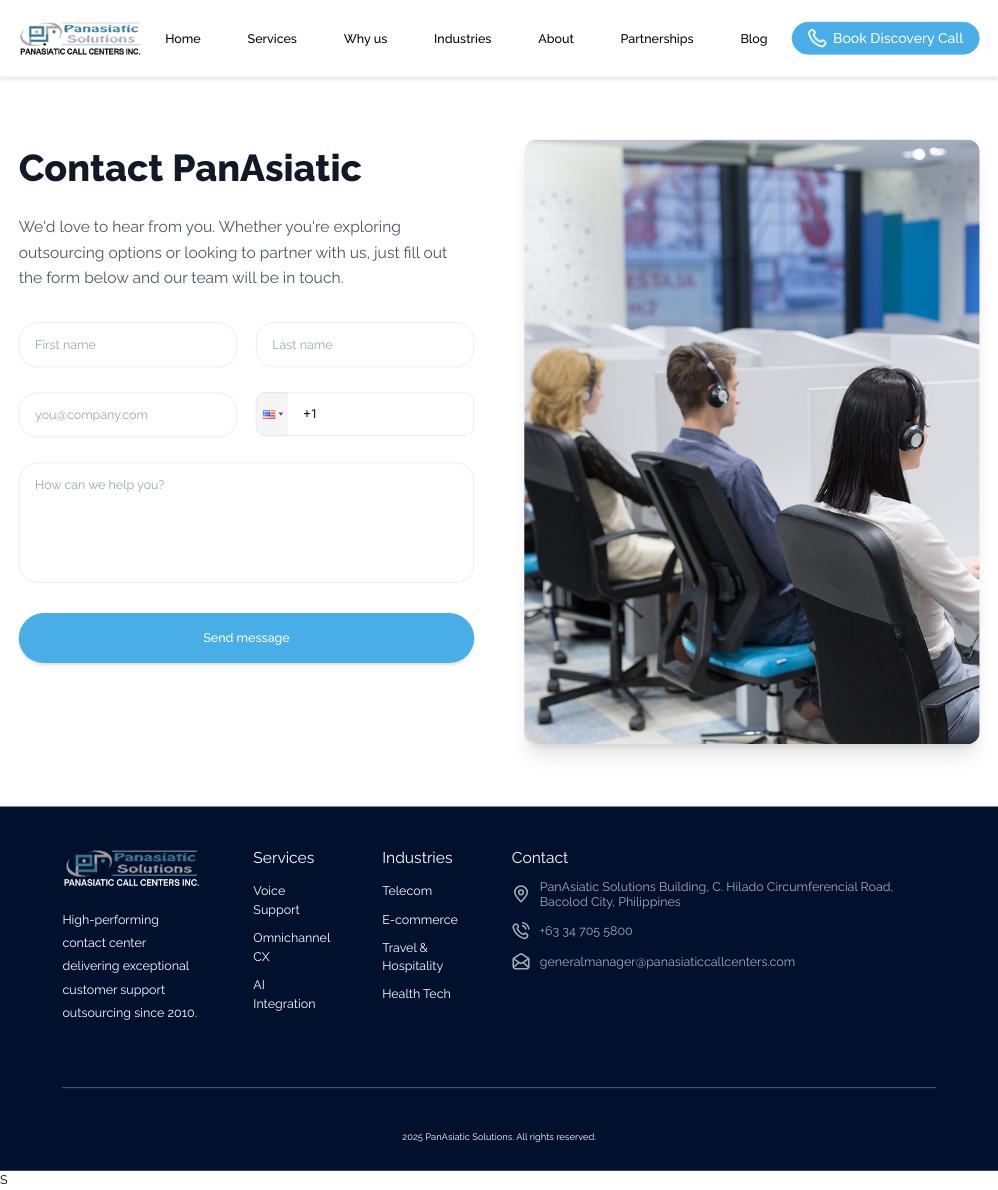
Repository: joshcolored/panasiaticweb
Page: /contact
The author's editor kept a copy of each file at every save. The page is drawn from the files as they stood at one save, then again after the next save.
The browser window is 1280 px wide. The pictures show the whole page, at 78% of full size.
The project was rebuilt for these pictures with package versions that can differ from the ones it lists, and the page was loaded fresh each time. Also part of the build but not shown: vite.config.js, src/pages/Homepage/HeroSection.jsx, src/pages/Homepage/FastFactsSection.jsx, src/pages/Homepage/CoreServicesSection.jsx, src/pages/Homepage/WhyChooseUsSection.jsx, src/pages/Homepage/FAQSection.jsx, src/pages/Homepage/CTASection.jsx, src/pages/Homepage/index.jsx and 35 more.

Above is the page before, as saved 2026-01-25 02:41:22.

### index.html
<!doctype html>
<html lang="en">

<head>
  <meta charset="UTF-8" />
  <link rel="icon" type="image/x-icon" href="/favicon.ico" />
  <link rel="manifest" href="/manifest.json" />
  <link rel="canonical" href="https://www.panasiaticsolutions.com/" />
  <meta name="viewport" content="width=device-width, initial-scale=1.0" />
  <meta name="theme-color" content="#49ade8" />
  <meta name="robots" content="index, follow" />
  <!-- <script type="module" async src="https://static.rocket.new/rocket-web.js?_cfg=https%3A%2F%2Fpanasiatic9675back.builtwithrocket.new&_be=https%3A%2F%2Fapplication.rocket.new&_v=0.1.10"></script>
  <script type="module" defer src="https://static.rocket.new/rocket-shot.js?v=0.0.1"></script> -->
  <script>(function(w,d,s,l,i){w[l]=w[l]||[];w[l].push({'gtm.start':
new Date().getTime(),event:'gtm.js'});var f=d.getElementsByTagName(s)[0],
j=d.createElement(s),dl=l!='dataLayer'?'&l='+l:'';j.async=true;j.src=
'https://www.googletagmanager.com/gtm.js?id='+i+dl;f.parentNode.insertBefore(j,f);
})(window,document,'script','dataLayer','GTM-T6T8J9KC');</script>

  </head>

<body>
  <div id="root"></div>
  <noscript><iframe src="https://www.googletagmanager.com/ns.html?id=GTM-T6T8J9KC"
height="0" width="0" style="display:none;visibility:hidden"></iframe></noscript>
  <script type="module" src="/src/main.jsx"></script>
</body>

</html>

### src/main.jsx
import React from 'react';
import ReactDOM from 'react-dom/client';
import App from './App.jsx';
import { HelmetProvider } from 'react-helmet-async';
import { BrowserRouter } from 'react-router-dom';
import './styles/index.css';

ReactDOM.createRoot(document.getElementById('root')).render(
  <React.StrictMode>
    <HelmetProvider>
      <BrowserRouter>
        <App />
      </BrowserRouter>
    </HelmetProvider>
  </React.StrictMode>
);

### src/App.jsx
import Routes from './Routes';

function App() {
  return (
        <Routes />
  );
}

export default App;

### src/styles/index.css
@import './tailwind.css';
@import url('https://fonts.googleapis.com/css2?family=Raleway:wght@400;500;600;800&display=swap');

body {
  font-family: 'Raleway', sans-serif;
  margin: 0;
  padding: 0;
  box-sizing: border-box;
}

*, *::before, *::after {
  box-sizing: inherit;
}

### src/Routes.jsx
import React from 'react';
import { Routes, Route } from 'react-router-dom';

import Homepage from './pages/Homepage';
import PortalAccess from './pages/PortalAccess';
import Services from './pages/Services';
import WhyUs from './pages/WhyUs';
import Industries from './pages/Industries';
import About from './pages/About';
import Partnerships from './pages/Partnerships';
import Blog from './pages/Blog';
import Contact from './pages/Contact';

const AppRoutes = () => {
  return (
    <Routes>
      <Route path="/" element={<PortalAccess />} />
      <Route path="/home" element={<Homepage />} />
      <Route path="/portal" element={<PortalAccess />} />
      <Route path="/services" element={<Services />} />
      <Route path="/why-us" element={<WhyUs />} />
      <Route path="/industries" element={<Industries />} />
      <Route path="/partnerships" element={<Partnerships />} />
      <Route path="/about" element={<About />} />
      <Route path="/blog" element={<Blog />} />
      <Route path="/contact" element={<Contact />} />
    </Routes>
  );
};

export default AppRoutes;

### src/styles/tailwind.css
@tailwind base;
@tailwind components;
@tailwind utilities;


@layer base {
  :root {
    /* Primary Colors */
    --primary-background: #49ade8;
    --primary-foreground: #ffffff;
    --primary-light: #49ade814;
    --primary-dark: #01112d;

    /* Secondary Colors */
    --secondary-background: #ffffff;
    --secondary-foreground: #000000;
    --secondary-light: #fafafa;
    --secondary-muted: #3c3c43d8;

    /* Accent Colors */
    --accent-coral: #e38c7d;
    --accent-coral-light: #edb4ab;
    --accent-overlay: #eeeeeebf;
    --accent-gray: #4f4f4f;

    /* Border Colors */
    --border-primary: #49ade8;
    --border-secondary: #dddddd;
    --border-light: #ebebeb;
    --border-muted: #d9d9d97f;

    /* Text Colors */
    --text-primary: #000000;
    --text-secondary: #3c3c43d8;
    --text-accent: #49ade8;
    --text-muted: #4f4f4f;
    --text-white: #ffffff;
    --text-white-muted: #ffffffa5;

    /* Background Colors */
    --bg-main: #fafafa;
    --bg-card: #ffffff;
    --bg-dark: #01112d;
    --bg-overlay: #e5e5e559;

    /* Typography Variables */
    --font-size-xs: 12px;
    --font-size-sm: 16px;
    --font-size-md: 18px;
    --font-size-lg: 20px;
    --font-size-xl: 24px;
    --font-size-2xl: 28px;
    --font-size-3xl: 32px;
    --font-size-4xl: 36px;
    --font-size-5xl: 48px;
    --font-size-hero: 120px;

    /* Font Weight Variables */
    --font-weight-normal: 400;
    --font-weight-medium: 500;
    --font-weight-semibold: 600;
    --font-weight-bold: 800;

    /* Line Height Variables */
    --line-height-xs: 14px;
    --line-height-sm: 19px;
    --line-height-md: 22px;
    --line-height-lg: 29px;
    --line-height-xl: 43px;
    --line-height-hero: 141px;

    /* Spacing Variables */
    --spacing-xs: 4px;
    --spacing-sm: 8px;
    --spacing-md: 12px;
    --spacing-lg: 16px;
    --spacing-xl: 24px;
    --spacing-2xl: 32px;
    --spacing-3xl: 48px;
    --spacing-4xl: 64px;
    --spacing-5xl: 80px;

    /* Border Radius Variables */
    --radius-sm: 8px;
    --radius-md: 12px;
    --radius-lg: 22px;
    --radius-xl: 24px;
    --radius-full: 200px;

    /* Component Specific Variables */
    --header-bg: #ffffff;
    --header-border: #ebebeb;
    --footer-bg: #01112d;
    --button-primary-bg: #49ade8;
    --button-coral-bg: #e38c7d;
    --logo-width: 156px;
  }
}

### src/pages/Contact/index.jsx
import React from 'react';
import { Helmet } from 'react-helmet';
import Header from '../../components/common/Header';
import Footer from '../../components/common/Footer';
import HeroSection from './HeroSection';

const Contact = () => {
  return (
    <>
      <Helmet>
        <title>PanAsiatic Solutions | Human-Driven AI-Ready Customer Support Outsourcing Philippines</title>
        <meta name="description" content="PanAsiatic Solutions delivers exceptional customer support outsourcing from the Philippines with 4500+ agents. Human-driven, AI-ready services including voice support, omnichannel CX, and enterprise-grade security since 2010." />
        <meta property="og:title" content="PanAsiatic Solutions | Human-Driven AI-Ready Customer Support Outsourcing Philippines" />
        <meta property="og:description" content="PanAsiatic Solutions delivers exceptional customer support outsourcing from the Philippines with 4500+ agents. Human-driven, AI-ready services including voice support, omnichannel CX, and enterprise-grade security since 2010." />
      </Helmet>

      <main className="w-full bg-secondary-background">
        <Header />
        <HeroSection />
        <Footer />
      </main>S
    </>
  );
};

export default Contact;

### src/components/common/Footer.jsx
import React from "react";
import { twMerge } from "tailwind-merge";
import Logo from "../ui/Logo";
import Link from "../ui/Link";

const Footer = ({ className, ...props }) => {
  return (
    <footer
      className={twMerge("w-full bg-footer-background py-9", className)}
      {...props}
    >
      <div className="w-full max-w-[1440px] mx-auto px-4 sm:px-6 lg:px-20 mt-[18px]">
        <div className="flex flex-col w-full gap-8 ">
          {/* Top Section */}
          <div className="flex flex-col lg:flex-row items-start w-full gap-8 lg:gap-16">

            {/* Logo and Description */}
            <div className="flex flex-col gap- lg:gap-[26px] w-full lg:w-1/5">
              <Link to="/">
                <Logo
                  src="/images/image_logo2.png"
                  width="120"
                  height="50"
                  className="w-36 sm:w-40 lg:w-44 h-auto" // slightly larger on mobile/tablet
                />
              </Link>
              <p
                className="text-base font-normal leading-[30px] text-text-white w-full"
                style={{ fontFamily: "Raleway" }}
              >
                High-performing contact center delivering exceptional customer
                support outsourcing since 2010.
              </p>
            </div>

            {/* Services and Industries */}
            <div className="flex flex-col sm:flex-row justify-between items-start w-full lg:w-auto gap-8 sm:gap-12 lg:gap-[67px] mt-4 sm:mt-0">
              {/* Services */}
              <div className="flex flex-col gap-3 sm:gap-5 w-full sm:w-auto">
                <h3
                  className="text-lg font-normal leading-[23px] text-text-white"
                  style={{ fontFamily: "Raleway" }}
                >
                  Services
                </h3>
                <ul className="flex flex-col gap-2 sm:gap-3">
                  <li>
                    <Link
                      href="#"
                      className="text-base font-normal leading-sm text-text-white hover:text-primary-background"
                      style={{ fontFamily: "Raleway" }}
                    >
                      Voice Support
                    </Link>
                  </li>
                  <li>
                    <Link
                      href="#"
                      className="text-base font-normal leading-sm text-text-white hover:text-primary-background"
                      style={{ fontFamily: "Raleway" }}
                    >
                      Omnichannel CX
                    </Link>
                  </li>
                  <li>
                    <Link
                      href="#"
                      className="text-base font-normal leading-sm text-text-white hover:text-primary-background"
                      style={{ fontFamily: "Raleway" }}
                    >
                      AI Integration
                    </Link>
                  </li>
                </ul>
              </div>

              {/* Industries */}
              <div className="flex flex-col gap-3 sm:gap-5 w-full sm:w-auto mt-4 sm:mt-0">
                <h3
                  className="text-lg font-normal leading-[23px] text-text-white"
                  style={{ fontFamily: "Raleway" }}
                >
                  Industries
                </h3>
                <ul className="flex flex-col gap-2 sm:gap-3">
                  <li>
                    <Link
                      href="#"
                      className="text-base font-normal leading-sm text-text-white hover:text-primary-background"
                      style={{ fontFamily: "Raleway" }}
                    >
                      Telecom
                    </Link>
                  </li>
                  <li>
                    <Link
                      href="#"
                      className="text-base font-normal leading-sm text-text-white hover:text-primary-background"
                      style={{ fontFamily: "Raleway" }}
                    >
                      E-commerce
                    </Link>
                  </li>
                  <li>
                    <Link
                      href="#"
                      className="text-base font-normal leading-sm text-text-white hover:text-primary-background"
                      style={{ fontFamily: "Raleway" }}
                    >
                      Travel & Hospitality
                    </Link>
                  </li>
                  <li>
                    <Link
                      href="#"
                      className="text-base font-normal leading-sm text-text-white hover:text-primary-background"
                      style={{ fontFamily: "Raleway" }}
                    >
                      Health Tech
                    </Link>
                  </li>
                </ul>
              </div>
            </div>

            {/* Contact Section */}
            <div className="flex flex-col gap-4 w-full lg:w-auto mt-4 lg:mt-0">
              <h3
                className="text-lg font-normal leading-[23px] text-text-white"
                style={{ fontFamily: "Raleway" }}
              >
                Contact
              </h3>

              <div className="flex flex-col sm:flex-row gap-2 sm:gap-3 items-start sm:items-center">
                <img
                  src="/images/img_marker_pin_01.svg"
                  alt="Location"
                  className="w-6 h-6 flex-shrink-0"
                />
                <a  href="https://www.google.com/maps/place/MX68%2BJJR+Panasiatic+Call+Centers,+74+Circumferential+Rd,+Bacolod,+6100+Negros+Occidental/@10.6614793,122.964176,753m/data=!3m2!1e3!4b1!4m6!3m5!1s0x33aed1957cc8f987:0xa788a04ac8c8ece4!8m2!3d10.6614793!4d122.9667509!16s%2Fg%2F1vbnly72?entry=ttu&g_ep=EgoyMDI2MDExOS4wIKXMDSoASAFQAw%3D%3D"
                  className="text-base font-normal leading-sm text-text-white-muted"
                  target="_blank"
                  rel="noopener noreferrer"
                  style={{ fontFamily: "Raleway" }}
                >
                  PanAsiatic Solutions Building, C. Hilado Circumferencial Road,
                  Bacolod City, Philippines
                </a>
              </div>

              <div className="flex flex-col sm:flex-row gap-2 sm:gap-3 items-start sm:items-center">
                <img
                  src="/images/img_phone_call_01.svg"
                  alt="Phone"
                  className="w-6 h-6 flex-shrink-0"
                />
                <a href="tel:+63347055800"
                  className="text-base font-normal leading-sm text-text-white-muted"
                  style={{ fontFamily: "Raleway" }}
                >
                  +63 34 705 5800
                </a>
              </div>

              <div className="flex flex-col sm:flex-row gap-2 sm:gap-3 items-start sm:items-center">
                <img
                  src="/images/img_mail_05.svg"
                  alt="Email"
                  className="w-6 h-6 flex-shrink-0"
                />
                <a href="mailto:generalmanager@panasiaticcallcenters.com?subject=Inquiry&body="
                  className="text-base font-normal leading-sm text-text-white-muted"
                  style={{ fontFamily: "Raleway" }}
                >
                  generalmanager@panasiaticcallcenters.com
                </a>
              </div>
            </div>
          </div>

          {/* Divider */}
          <div className="w-full h-[1px] bg-border-muted mt-8 sm:mt-12"></div>

          {/* Copyright */}
          <p
            className="text-xs font-normal leading-xs text-center text-text-white mt-4 sm:mt-6"
            style={{ fontFamily: "Raleway" }}
          >
            2025 PanAsiatic Solutions. All rights reserved.
          </p>
        </div>
      </div>
    </footer>
  );
};

export default Footer;

### src/components/ui/Button.jsx
import React from 'react';
import { cva } from 'class-variance-authority';
import { twMerge } from 'tailwind-merge';

const buttonClasses = cva(
  'inline-flex items-center justify-center font-medium transition-all duration-200 focus:outline-none focus:ring-2 focus:ring-offset-2 disabled:opacity-50 disabled:cursor-not-allowed hover:opacity-90 active:scale-95',
  {
    variants: {
      variant: {
        primary: 'focus:ring-blue-500',
        secondary: 'bg-gray-200 text-gray-800 hover:bg-gray-300 focus:ring-gray-500',
        outline: 'border-2 bg-transparent hover:bg-opacity-10 focus:ring-blue-500',
      },
      size: {
        small: 'text-sm px-3 py-1.5',
        medium: 'text-base px-4 py-2',
        large: 'text-lg px-6 py-3',
      },
    },
    defaultVariants: {
      variant: 'primary',
      size: 'medium',
    },
  }
);

const Button = ({
  // Required parameters with defaults
  text = "Book Discovery Call",
  text_font_size = "16",
  text_font_family = "Raleway",
  text_font_weight = "500",
  text_line_height = "19px",
  text_text_align = "left",
  text_color = "#ffffff",
  fill_background_color = "#49ade8",
  border_border = "1 solid #49ade8",
  border_border_radius = "22px",
  effect_box_shadow = "0px 1px 2px #0a0c120c",

  // Optional parameters (no defaults)
  layout_align_self,
  layout_width,
  padding,
  position,
  layout_gap,
  margin,

  // Standard React props
  variant,
  size,
  disabled = false,
  className,
  children,
  onClick,
  type = "button",
  ...props
}) => {
  // Safe validation for optional parameters
  const hasValidAlignSelf = layout_align_self && typeof layout_align_self === 'string' && layout_align_self?.trim() !== '';
  const hasValidWidth = layout_width && typeof layout_width === 'string' && layout_width?.trim() !== '';
  const hasValidPadding = padding && typeof padding === 'string' && padding?.trim() !== '';
  const hasValidPosition = position && typeof position === 'string' && position?.trim() !== '';
  const hasValidGap = layout_gap && typeof layout_gap === 'string' && layout_gap?.trim() !== '';
  const hasValidMargin = margin && typeof margin === 'string' && margin?.trim() !== '';

  // Build optional Tailwind classes
  const optionalClasses = [
    hasValidAlignSelf ? `self-${layout_align_self}` : '',
    hasValidWidth ? `w-[${layout_width}]` : '',
    hasValidPadding ? `p-[${padding}]` : '',
    hasValidPosition ? position : '',
    hasValidGap ? `gap-[${layout_gap}]` : '',
    hasValidMargin ? `m-[${margin}]` : '',
  ]?.filter(Boolean)?.join(' ');

  // Map font size to Tailwind class or use exact value
  const getFontSizeClass = (size) => {
    const sizeMap = {
      "12": "text-xs",
      "16": "text-base",
      "18": "text-md",
      "20": "text-lg",
      "24": "text-xl",
      "28": "text-2xl",
      "32": "text-3xl",
      "36": "text-4xl",
      "48": "text-5xl",
      "120": "text-hero"
    };
    return sizeMap?.[size] || `text-[${size}px]`;
  };

  // Map font weight to Tailwind class or use exact value
  const getFontWeightClass = (weight) => {
    const weightMap = {
      "400": "font-normal",
      "500": "font-medium",
      "600": "font-semibold",
      "800": "font-bold"
    };
    return weightMap?.[weight] || `font-[${weight}]`;
  };

  // Map line height to Tailwind class or use exact value
  const getLineHeightClass = (height) => {
    const heightMap = {
      "14px": "leading-xs",
      "19px": "leading-sm",
      "22px": "leading-md",
      "29px": "leading-lg",
      "43px": "leading-xl",
      "141px": "leading-hero"
    };
    return heightMap?.[height] || `leading-[${height}]`;
  };

  // Map colors to Tailwind classes or use exact values
  const getTextColorClass = (color) => {
    const colorMap = {
      "#49ade8": "text-primary-background",
      "#ffffff": "text-primary-foreground",
      "#000000": "text-text-primary",
      "#01112d": "text-primary-dark"
    };
    return colorMap?.[color] || `text-[${color}]`;
  };

  const getBackgroundColorClass = (color) => {
    const colorMap = {
      "#49ade8": "bg-primary-background",
      "#ffffff": "bg-primary-foreground",
      "#000000": "bg-secondary-foreground",
      "#01112d": "bg-primary-dark"
    };
    return colorMap?.[color] || `bg-[${color}]`;
  };

  const getBorderRadiusClass = (radius) => {
    const radiusMap = {
      "8px": "rounded-sm",
      "12px": "rounded-md",
      "22px": "rounded-lg",
      "24px": "rounded-xl",
      "200px": "rounded-full"
    };
    return radiusMap?.[radius] || `rounded-[${radius}]`;
  };

  // Parse border string (e.g., "1 solid #49ade8")
  const parseBorder = (borderString) => {
    if (!borderString) return '';
    const parts = borderString?.split(' ');
    if (parts?.length >= 3) {
      const width = parts?.[0];
      const style = parts?.[1];
      const color = parts?.[2];

      const colorMap = {
        "#49ade8": "border-primary-background",
        "#ffffff": "border-primary-foreground",
        "#000000": "border-secondary-foreground",
        "#ebebeb": "border-border-light"
      };

      const borderColor = colorMap?.[color] || `border-[${color}]`;
      return `border-[${width}px] border-${style} ${borderColor}`;
    }
    return `border-[1px] border-solid border-[${borderString}]`;
  };

  // Build component classes
  const componentClasses = [
    getFontSizeClass(text_font_size),
    getFontWeightClass(text_font_weight),
    getLineHeightClass(text_line_height),
    `text-${text_text_align}`,
    getTextColorClass(text_color),
    getBackgroundColorClass(fill_background_color),
    parseBorder(border_border),
    getBorderRadiusClass(border_border_radius),
    effect_box_shadow ? `shadow-[${effect_box_shadow}]` : '',
  ]?.filter(Boolean)?.join(' ');

  // Safe click handler
  const handleClick = (event) => {
    if (disabled) return;
    if (typeof onClick === 'function') {
      onClick(event);
    }
  };

  return (
    <button
      type={type}
      disabled={disabled}
      onClick={handleClick}
      className={twMerge(
        buttonClasses({ variant, size }),
        componentClasses,
        optionalClasses,
        className
      )}
      style={{ fontFamily: text_font_family }}
      aria-disabled={disabled}
      {...props}
    >
      {children || text}
    </button>
  );
};

export default Button;

### src/components/ui/Logo.jsx
import React from 'react';
import { twMerge } from 'tailwind-merge';

const Logo = ({
  src = "/images/img_header_logo.png",
  width = "90%",
  height = "50px",
  alt = "PanAsiatic Solutions Logo",
  className,
  ...props
}) => {
  return (
    <img
      src={src}
      alt={alt}
      className={twMerge(
        `w-[${width}] h-[${height}]`,
        className
      )}
      {...props}
    />
  );
};

export default Logo;

### src/components/ui/Link.jsx
import React from 'react';
import { twMerge } from 'tailwind-merge';

const Link = ({
  href = "#",
  children,
  className,
  target,
  rel,
  ...props
}) => {
  return (
    <a
      href={href}
      target={target}
      rel={rel}
      className={twMerge(
        "transition-colors duration-200 hover:opacity-80",
        className
      )}
      {...props}
    >
      {children}
    </a>
  );
};

export default Link;

Loaded but not shown: tailwind.config.js (136 lines, source omitted); src/components/common/Header.jsx (207 lines, source omitted); src/pages/Contact/HeroSection.jsx (206 lines, source omitted)

After the next save:
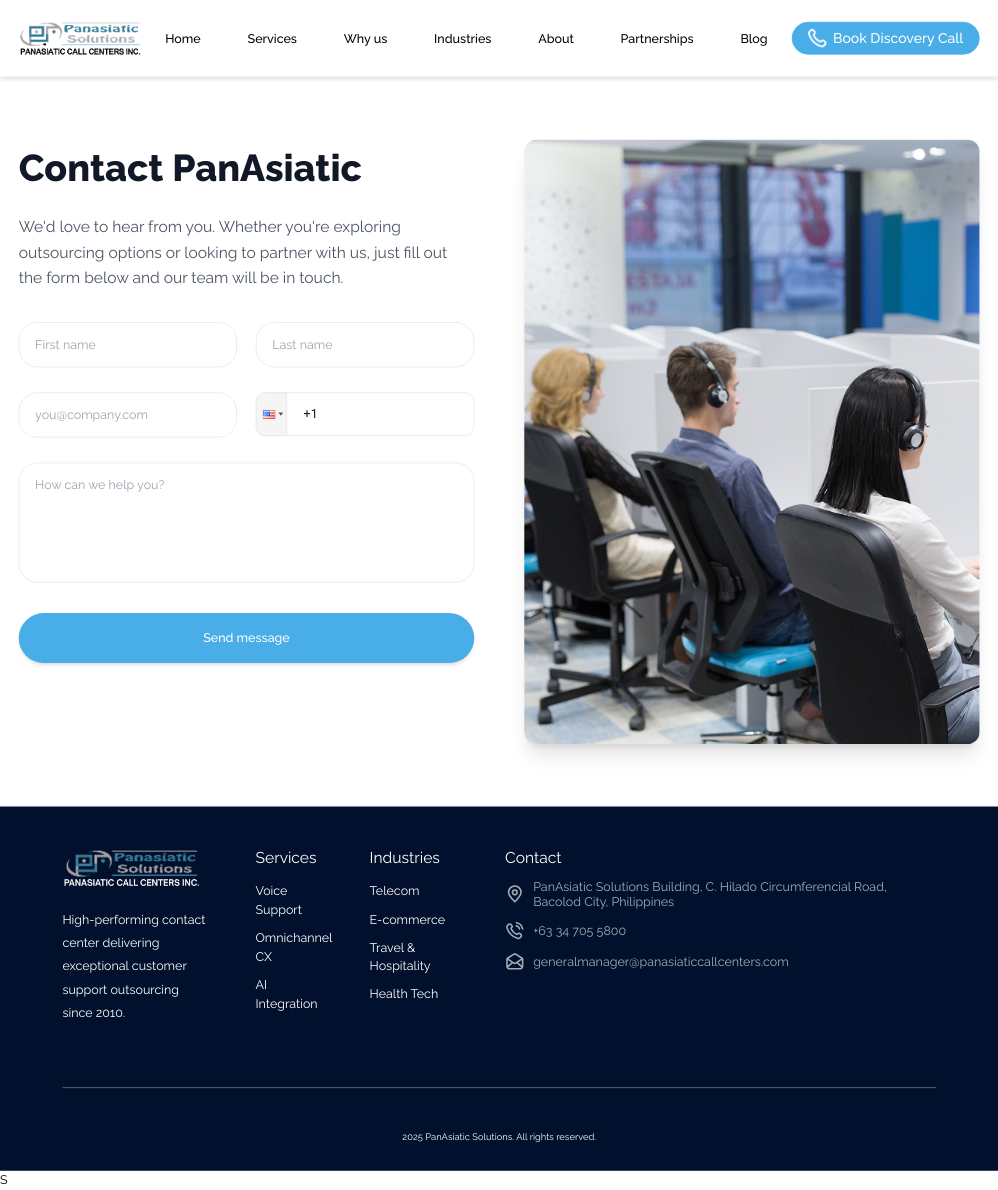
Saved 3 min 45 s later.
--- a/src/components/common/Footer.jsx
+++ b/src/components/common/Footer.jsx
@@ -34,7 +34,8 @@
             </div>
 
             {/* Services and Industries */}
-            <div className="flex flex-col sm:flex-row justify-between items-start w-full lg:w-auto gap-8 sm:gap-12 lg:gap-[67px] mt-4 sm:mt-0">
+            <div className="flex flex-col lg:flex-row items-start w-full lg:w-auto gap-8 lg:gap-12">
+
               {/* Services */}
               <div className="flex flex-col gap-3 sm:gap-5 w-full sm:w-auto">
                 <h3
